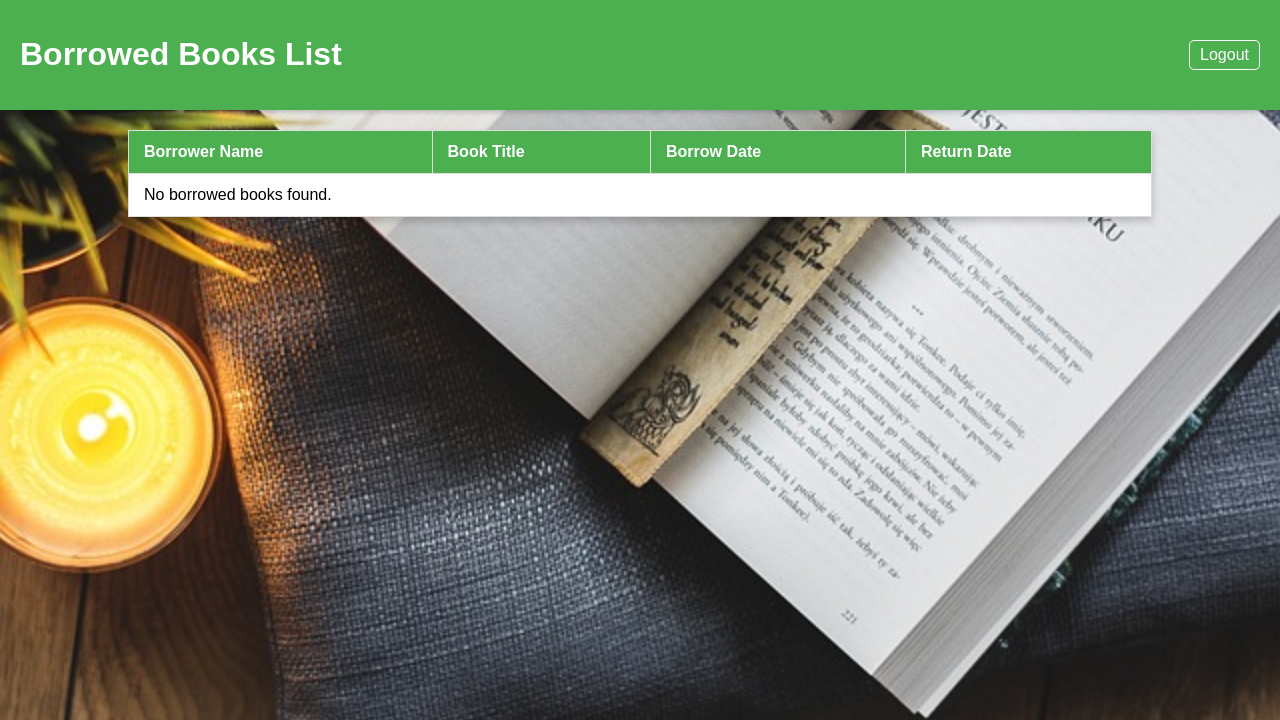
Repository: pavitrapai10/Library_Management_System
Page: http://localhost/borrowed_books.php
An editor plug-in stored every save of this project. The page is shown before and after the next save, followed by the edit.
The browser window is 1280 px wide. The pictures show the whole page.
The page is run by PHP 8.4 with error messages shown; the project is at /var/www/html/. The session is filled in as if someone had signed in: {"username": "testuser"}. Queries for data that is not in the repository find no rows.

Above is the page before, as saved 2025-02-04 10:14:55.

After the next save:
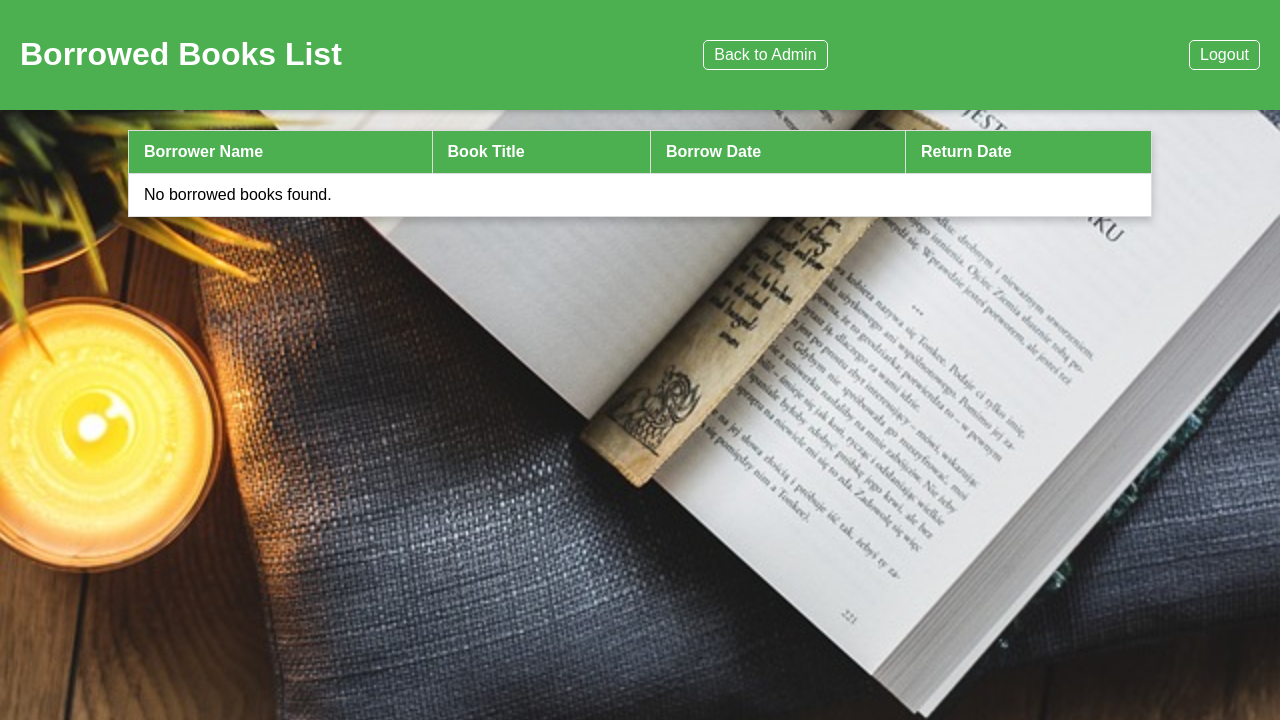
Saved 4 s later.
--- a/borrowed_books.php
+++ b/borrowed_books.php
@@ -20,6 +20,7 @@ if (!isset($_SESSION['username'])) {
 <body>
     <header>
         <h1>Borrowed Books List</h1>
+        <a href="admin.php" class="backtoadmin-button">Back to Admin</a>
         <a href="admin.php?logout=true" class="logout-button">Logout</a>
 
     </header>
